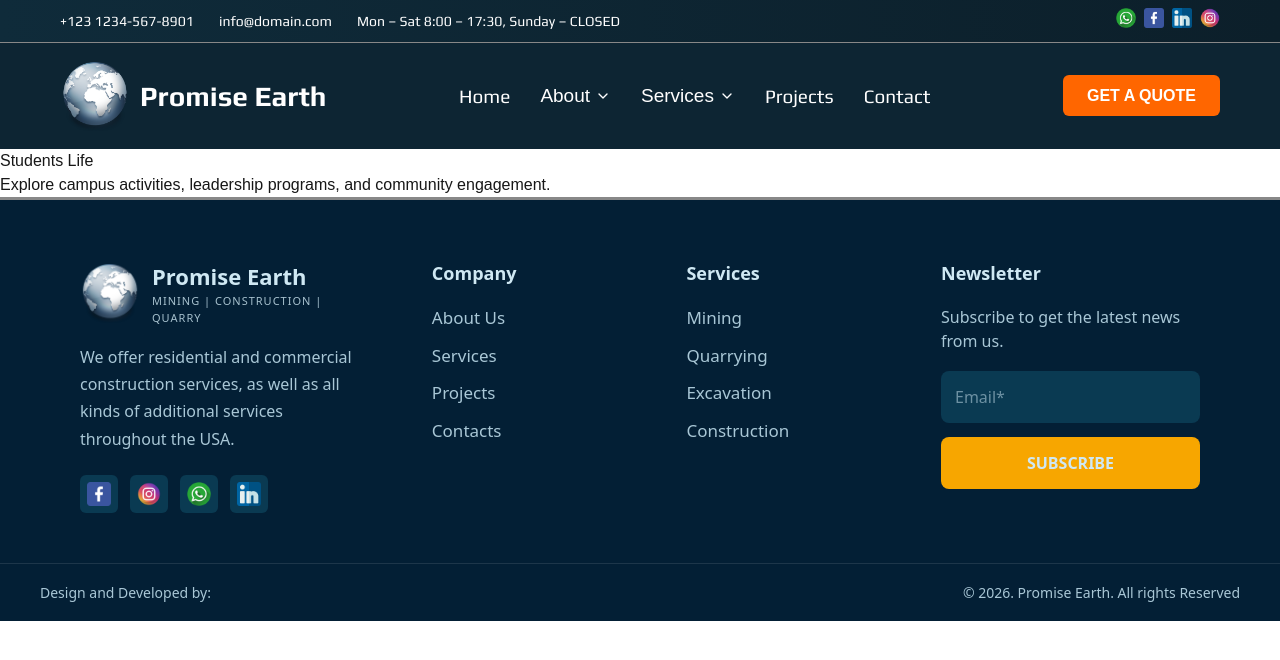
Repository: KC-Minchakpu/promise-earth
Page: /AboutUs
These files come from the project's save history. The page is drawn as it stood at one moment and after the next save; the edit follows.
The browser window is 1280 px wide. The pictures show the whole page.
The project was rebuilt for these pictures with package versions that can differ from the ones it lists, and the page was loaded fresh each time. The framework's server and built-in components were replaced by stand-ins that run in the browser. Also part of the build but not shown: next.config.ts.

Above is the page before, as saved 2026-02-27 10:41:28.

### src/app/layout.tsx
import type { Metadata } from "next";
import { Play, Poppins } from "next/font/google";
import "./globals.css";
import Header from "@/components/Header/Header";
import Footer from "@/components/Footer/Footer";

const play = Play({
  variable: "--font-play",
  subsets: ["latin"],
  weight: ["400", "700"],
});

const poppins = Poppins({
  variable: "--font-poppins",
  subsets: ["latin"],
  weight: ["300", "400", "500", "600", "700"],
});

export const metadata: Metadata = {
  title: "Promise Earth | Home",
  description: "Promise Earth is a construction company that delivers high-quality projects with expertise and dedication.",
};

export default function RootLayout({
  children,
}: Readonly<{
  children: React.ReactNode;
}>) {
  return (
    <html lang="en">
      <body
        className={`${play.variable} ${poppins.variable} antialiased`}
      >
        <Header />
        {children}
        <Footer />
      </body>
    </html>
  );
}

### src/app/AboutUs/page.tsx

export default function AboutUsPage() {
  return (
    <main className="page">
      <h1>Students Life</h1>
      <p>
        Explore campus activities, leadership programs, and community engagement.
      </p>
    </main>
  );
}

### src/app/globals.css
@import "tailwindcss";

:root {
  --background: #ffffff;
  --foreground: #171717;
}


@media (prefers-color-scheme: dark) {
  :root {
    --background: #0a0a0a;
    --foreground: #ededed;
  }
}

body {
  background: var(--background);
  color: var(--foreground);
  font-family: Arial, Helvetica, sans-serif;
}

### src/components/Header/Header.tsx
"use client";

import { useState, useEffect, useRef } from "react";
import { usePathname } from "next/navigation";
import Link from "next/link";
import Image from "next/image";
import styles from "./Header.module.css";
import { ChevronDown, Menu, X } from "lucide-react";

const Header = () => {
  const pathname = usePathname();

  const [mobileOpen, setMobileOpen] = useState(false);
  const [scrolled, setScrolled] = useState(false);
  const [aboutOpen, setAboutOpen] = useState(false);
  const [servicesOpen, setServicesOpen] = useState(false);

  // FIX: correct timeout type
  const aboutTimeoutRef = useRef<ReturnType<typeof setTimeout> | null>(null);
  const servicesTimeoutRef = useRef<ReturnType<typeof setTimeout> | null>(null);

  /* Sticky Scroll */
  useEffect(() => {
    const handleScroll = () => {
      setScrolled(window.scrollY > 20);
    };

    window.addEventListener("scroll", handleScroll);
    return () => window.removeEventListener("scroll", handleScroll);
  }, []);

  const isActive = (path: string) => pathname === path;

  const socials = [
    { href: "#", src: "/icons/whatsapp.png", alt: "WhatsApp", title: "WhatsApp" },
    { href: "#", src: "/icons/facebook.png", alt: "Facebook", title: "Facebook" },
    { href: "#", src: "/icons/linkedin.png", alt: "LinkedIn", title: "LinkedIn" },
    { href: "#", src: "/icons/instagram.png", alt: "Instagram", title: "Instagram" },
  ];

  return (
    <header className={`${styles.header} ${scrolled ? styles.scrolled : ""}`}>

      {/* TOP BAR */}
      <div className={styles.topBar}>
        <div className={styles.topContainer}>

          <div className={styles.topLeft}>
            <span>+123 1234-567-8901</span>
            <span>info@domain.com</span>
            <span>Mon – Sat 8:00 – 17:30, Sunday – CLOSED</span>
          </div>

          <div className={styles.topRight}>
            {socials.map((social) => (
              <a key={social.alt} href={social.href} title={social.title}>
                <Image
                  src={social.src}
                  alt={social.alt}
                  width={20}
                  height={20}
                />
              </a>
            ))}
          </div>

        </div>
      </div>


      {/* NAVBAR */}
      <div className={styles.navbar}>
        <div className={styles.navContainer}>

          {/* LOGO */}
          <Link href="/" className={styles.logo}>
            <Image
              src="/images/globe.png"
              alt="Promise Earth Logo"
              width={70}
              height={70}
              priority
            />
            <span>Promise Earth</span>
          </Link>


          {/* NAV LINKS */}
          <nav className={`${styles.navLinks} ${mobileOpen ? styles.show : ""}`}>

            <Link href="/" className={isActive("/") ? styles.active : ""}>
              Home
            </Link>


            {/* ABOUT */}
            <div
              className={styles.dropdown}
              onMouseEnter={() => {
                if (aboutTimeoutRef.current) clearTimeout(aboutTimeoutRef.current);
                setAboutOpen(true);
              }}
              onMouseLeave={() => {
                aboutTimeoutRef.current = setTimeout(() => {
                  setAboutOpen(false);
                }, 150);
              }}
            >

              <button className={styles.dropBtn}>
                About <ChevronDown size={16} />
              </button>

              <div className={`${styles.dropdownMenu} ${aboutOpen ? styles.showDropdown : ""}`}>
                <Link href="/promise-earth">Promise Earth</Link>
                <Link href="/emmanuel-benjamin">Emmanuel K. Benjamin</Link>
                <Link href="/our-team">Our Team</Link>
              </div>

            </div>


            {/* SERVICES */}
            <div
              className={styles.dropdown}
              onMouseEnter={() => {
                if (servicesTimeoutRef.current) clearTimeout(servicesTimeoutRef.current);
                setServicesOpen(true);
              }}
              onMouseLeave={() => {
                servicesTimeoutRef.current = setTimeout(() => {
                  setServicesOpen(false);
                }, 150);
              }}
            >

              <button className={styles.dropBtn}>
                Services <ChevronDown size={16} />
              </button>

              <div className={`${styles.dropdownMenu} ${servicesOpen ? styles.showDropdown : ""}`}>
                <Link href="/mining">Mining</Link>
                <Link href="/quarry">Quarry</Link>
                <Link href="/construction">Construction</Link>
                <Link href="/excavation">Excavation</Link>
                <Link href="/sandstones">Sandstones</Link>
              </div>

            </div>


            <Link href="/projects" className={isActive("/projects") ? styles.active : ""}>
              Projects
            </Link>

            <Link href="/contact" className={isActive("/contact") ? styles.active : ""}>
              Contact
            </Link>

          </nav>


          {/* CTA */}
          <div className={styles.cta}>
            <Link href="/contact">GET A QUOTE</Link>
          </div>


          {/* MOBILE TOGGLE */}
          <div
            className={styles.mobileToggle}
            onClick={() => setMobileOpen(!mobileOpen)}
          >
            {mobileOpen ? <X size={24} /> : <Menu size={24} />}
          </div>


        </div>
      </div>

    </header>
  );
};

export default Header;

### src/components/Footer/Footer.tsx
// Footer.tsx
import styles from "./Footer.module.css";
import Link from "next/link";
import Image from "next/image";

export default function Footer() {
  return (
    <footer className={styles.footer}>
      <div className={styles.container}>
        {/* Column 1 */}
        <div className={styles.colBrand}>
          <div className={styles.logoRow}>
            <Image
            src="/images/globe.png"
            alt="Promise Earth logo"
            width={60}
            height={60}
            className={styles.logoImage}
            priority
            />
            <div>
              <div className={styles.brand}>Promise Earth</div>
              <div className={styles.subBrand}>MINING | CONSTRUCTION | QUARRY</div>
            </div>
          </div>

          <p className={styles.desc}>
            We offer residential and commercial construction services, as well
            as all kinds of additional services throughout the USA.
          </p>

          <div className={styles.socials}>
      <a
        href="https://www.facebook.com/yourpage"
        target="_blank"
        rel="noopener noreferrer"
        aria-label="Facebook"
        className={styles.social}
      >
        <Image
          src="/icons/facebook.png"
          alt="Facebook"
          width={24}
          height={24}
        />
      </a>

      <a
        href="https://www.instagram.com/yourpage"
        target="_blank"
        rel="noopener noreferrer"
        aria-label="Instagram"
        className={styles.social}
      >
        <Image
          src="/icons/instagram.png"
          alt="Instagram"
          width={24}
          height={24}
        />
      </a>

      <a
        href="https://whatsapp.com/yourpage"
        target="_blank"
        rel="noopener noreferrer"
        aria-label="WhatsApp"
        className={styles.social}
      >
        <Image
          src="/icons/whatsapp.png"
          alt="WhatsApp"
          width={24}
          height={24}
        />
      </a>

      <a
        href="https://www.linkedin.com/@yourchannel"
        target="_blank"
        rel="noopener noreferrer"
        aria-label="LinkedIn"
        className={styles.social}
      >
        <Image
          src="/icons/linkedin.png"
          alt="LinkedIn"
          width={24}
          height={24}
        />
      </a>
    </div>
        </div>

        {/* Column 2 */}
        <div className={styles.col}>
          <h4 className={styles.heading}>Company</h4>
          <ul className={styles.links}>
            <li><Link href="/sectors" className={styles.link}>About Us</Link></li>
            <li><Link href="/services" className={styles.link}>Services</Link></li>
            <li><Link href="/projects" className={styles.link}>Projects</Link></li>
            <li><Link href="/contacts" className={styles.link}>Contacts</Link></li>
          </ul>
        </div>

        {/* Column 3 */}
        <div className={styles.col}>
          <h4 className={styles.heading}>Services</h4>
          <ul className={styles.links}>
            <li><Link href="/services/project-management" className={styles.link}>Mining</Link></li>
            <li><Link href="/services/design-build" className={styles.link}>Quarrying</Link></li>
            <li><Link href="/services/remodeling" className={styles.link}>Excavation</Link></li>
            <li><Link href="/services/construction" className={styles.link}>Construction</Link></li>
          </ul>
        </div>

        {/* Column 4 */}
        <div className={styles.colNewsletter}>
          <h4 className={styles.heading}>Newsletter</h4>
          <p className={styles.newsText}>
            Subscribe to get the latest news from us.
          </p>

          <input
            type="email"
            placeholder="Email*"
            className={styles.input}
          />
          <button className={styles.button}>SUBSCRIBE</button>
        </div>
      </div>

      <div className={styles.bottomBar}>
        <span>Design and Developed by: </span>
        <span>&copy; 2026. Promise Earth. All rights Reserved</span>
      </div>
    </footer>
  );
}

### src/components/Header/Header.module.css
.header {
  position: sticky;
  top: 0;
  z-index: 9999;
  transition: all 0.3s ease;
}

.scrolled {
  box-shadow: 0 6px 20px rgba(0, 0, 0, 0.15);
}

.topBar {
  background: linear-gradient(to right, #0f2b3a, #0c1f2a);
  color: #ffffff;
  font-size: 14px;
  font-family: "Play", sans-serif;
  border-bottom: 1px solid #888888;
}

.topContainer {
  max-width: 1200px;
  margin: auto;
  padding: 8px 20px;
  display: flex;
  justify-content: space-between;
  align-items: center;
}

.topLeft span {
  margin-right: 25px;
}

.topRight a {
  margin-left: 8px;
  display: inline-block;
}

/* NAVBAR */
.navbar {
  background: #0d2533;
  color: white;
}

.navContainer {
  max-width: 1200px;
  margin: auto;
  padding: 18px 20px;
  display: flex;
  align-items: center;
  justify-content: space-between;
}

/* LOGO */
.logo {
  display: flex;
  align-items: center;
  gap: 10px;
  font-size: 28px;
  font-weight: bold;
  font-family: "Play", sans-serif;
  text-decoration: none;
  color: white;
}

/* NAV LINKS */
.navLinks {
  display: flex;
  align-items: center;
  gap: 30px;
}

.navLinks a {
  color: white;
  text-decoration: none;
  font-size: 19px;
  font-weight: 500;
  transition: color 0.3s ease;
  font-family: "Play", sans-serif;
}

.navLinks a:hover {
  color: #ffae00;
}

.active {
  color: #ffbb00 !important;
}

/* DROPDOWN  */
.dropdown {
  position: relative;
}

.dropBtn {
  background: none;
  border: none;
  color: white;
  font-weight: 500;
  font-size: 19px;
  display: flex;
  align-items: center;
  gap: 5px;
  cursor: pointer;
  transition: color 0.3s ease;
}

.dropBtn:hover {
  color: #ffc400;
}

.dropdownMenu {
  position: absolute;
  top: 100%;
  left: 0;
  margin-top: 0;
  background: #111111;
  min-width: 250px;
  border-radius: 6px;
  box-shadow: 0 10px 25px rgba(0, 0, 0, 0.15);
  opacity: 0;
  transform: translateY(10px);
  pointer-events: none;
  transition: all 0.25s ease;
}

.showDropdown {
  opacity: 1;
  transform: translateY(0);
  pointer-events: auto;
}

.dropdownMenu a {
  display: block;
  padding: 12px 18px;
  color: #ffffff;
  text-decoration: none;
  transition: background 0.3s ease;
}

.dropdownMenu a:hover {
   color: #ffc400;
}

/* CTA  */
.cta a {
  background: #ff6600;
  padding: 12px 24px;
  border-radius: 6px;
  color: white;
  text-decoration: none;
  font-weight: bold;
  transition: all 0.3s ease;
}

.cta a:hover {
  background: #e65c00;
  transform: translateY(-2px);
}

/*  MOBILE  */
.mobileToggle {
  display: none;
  cursor: pointer;
}

@media (max-width: 992px) {
  .navLinks {
    position: absolute;
    top: 80px;
    left: 0;
    width: 100%;
    background: #0d2533;
    flex-direction: column;
    padding: 20px;
    display: none;
  }

  .show {
    display: flex;
  }

  .cta {
    display: none;
  }

  .mobileToggle {
    display: block;
  }

  .dropdownMenu {
    position: relative;
    top: 0;
    box-shadow: none;
    opacity: 1;
    transform: none;
    pointer-events: auto;
    background: #112f40;
  }

  .dropdownMenu a {
    color: white;
  }
}

### src/components/Footer/Footer.module.css
.footer {
  background: #031f35;
  color: #cfe8f3;
  padding-top: 60px;
  font-family: system-ui, -apple-system, Segoe UI, Roboto, sans-serif;
  border-top: 3px solid #888888;
}

.container {
  max-width: 1200px;
  margin: 0 auto;
  display: grid;
  grid-template-columns: 1.5fr 1fr 1fr 1.2fr;
  gap: 60px;
  padding: 0 40px 50px;
}

.logoRow {
  display: flex;
  align-items: center;
  gap: 12px;
  margin-bottom: 18px;
}

.logoIcon {
  font-size: 34px;
}

.brand {
  font-size: 22px;
  font-weight: 700;
}

.subBrand {
  font-size: 11px;
  letter-spacing: 1px;
  opacity: 0.8;
}

.desc {
  margin-top: 10px;
  line-height: 1.7;
  color: #a9c7d6;
}

.socials {
  margin-top: 22px;
  display: flex;
  gap: 12px;
}

.social {
  width: 38px;
  height: 38px;
  display: grid;
  place-items: center;
  background: #0a3a52;
  border-radius: 6px;
  cursor: pointer;
  font-size: 14px;
}

.heading {
  font-size: 18px;
  font-weight: 700;
  margin-bottom: 18px;
}

.links {
  list-style: none;
  font-family: "Play" sans-serif;
  font-size: 17px;
  padding: 0;
  margin: 0;
  display: grid;
  gap: 12px;
  color: #a9c7d6;
}
 .links :hover {
    color: #f7a600;
    text-decoration: underline;
 }

.colNewsletter {
  display: flex;
  flex-direction: column;
}

.newsText {
  color: #a9c7d6;
  margin-bottom: 18px;
}

.input {
  background: #0a3a52;
  border: none;
  padding: 14px;
  border-radius: 8px;
  color: #cfe8f3;
  margin-bottom: 14px;
}

.button {
  background: #f7a600;
  border: none;
  padding: 14px;
  border-radius: 8px;
  font-weight: 700;
  cursor: pointer;
}

.bottomBar {
  border-top: 1px solid rgba(255,255,255,0.1);
  display: flex;
  justify-content: space-between;
  padding: 18px 40px;
  color: #a9c7d6;
  font-size: 14px;
}

After the next save:
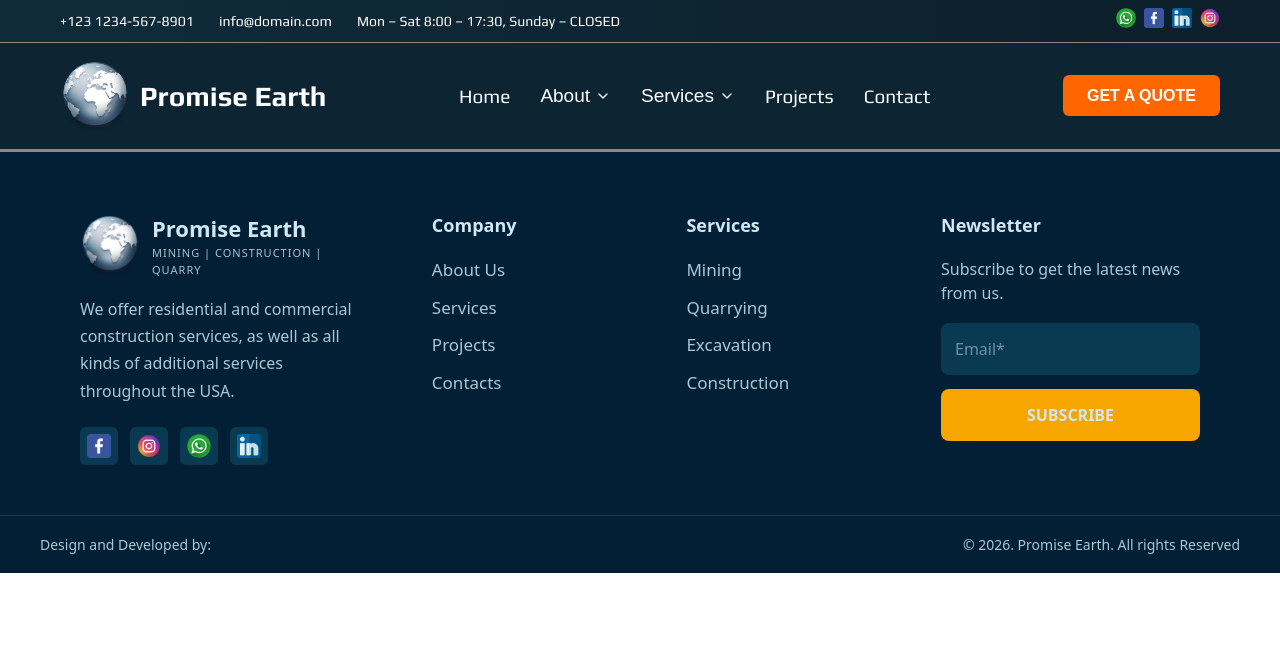
Saved 28 s later.
--- a/src/app/AboutUs/page.tsx
+++ b/src/app/AboutUs/page.tsx
@@ -1,11 +1,8 @@
 
 export default function AboutUsPage() {
   return (
-    <main className="page">
-      <h1>Students Life</h1>
-      <p>
-        Explore campus activities, leadership programs, and community engagement.
-      </p>
-    </main>
+    <>
+
+    </>
   );
 }
